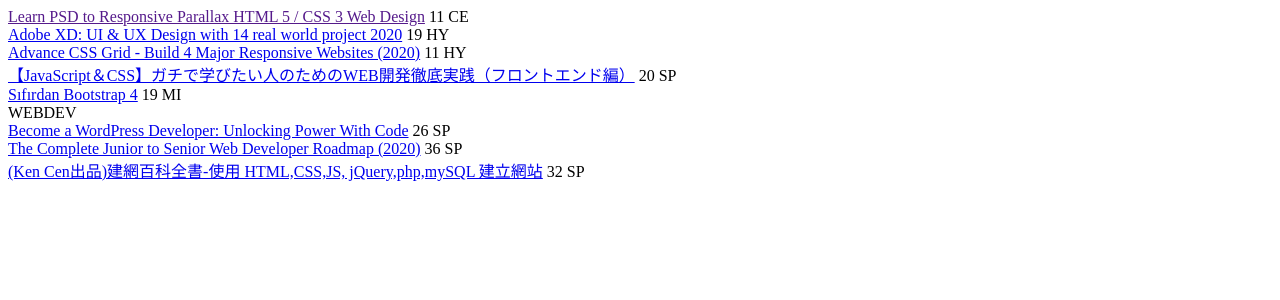
Repository: ClementLight/plan
Page: tmp.html
These files come from the project's save history. The page is drawn as it stood at one moment and after the next save; the edit follows.
The browser window is 1280 px wide. The pictures show the whole page.

Above is the page before, as saved 2020-09-01 14:54:03.

After the next save:
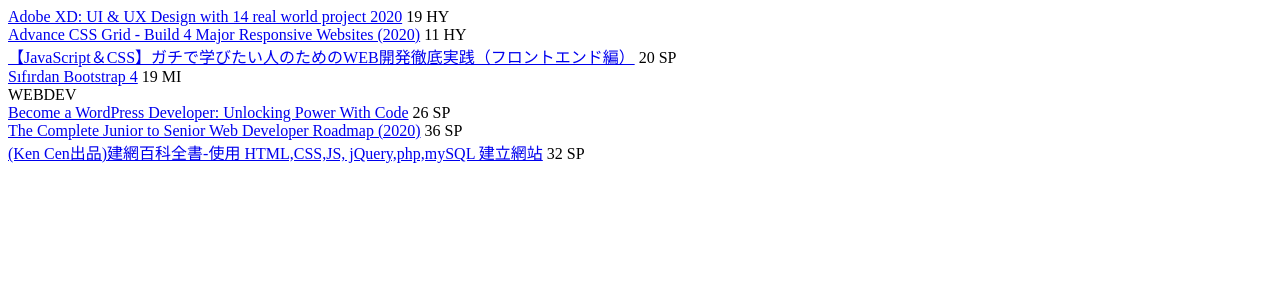
Saved 11 s later.
--- a/tmp.html
+++ b/tmp.html
@@ -1,10 +1,5 @@
 
-        <div class="lesson lesson-background-filter">
-          <a class="lessonname" href="">Learn PSD to Responsive Parallax HTML 5 / CSS 3 Web Design</a>
-          <span class="hours">11</span>
-          <span class="account">CE</span>
-        </div>
-        <div class="lesson lesson-background-filter">
+
           <a class="lessonname" href="https://www.udemy.com/course/adobe-xd-ui-ux-design-with-10-real-world-project-2020-tuto/learn/lecture/18412718?start=0#overview">Adobe XD: UI & UX Design with 14 real world project 2020</a>
           <span class="hours">19</span>
           <span class="account">HY</span>
